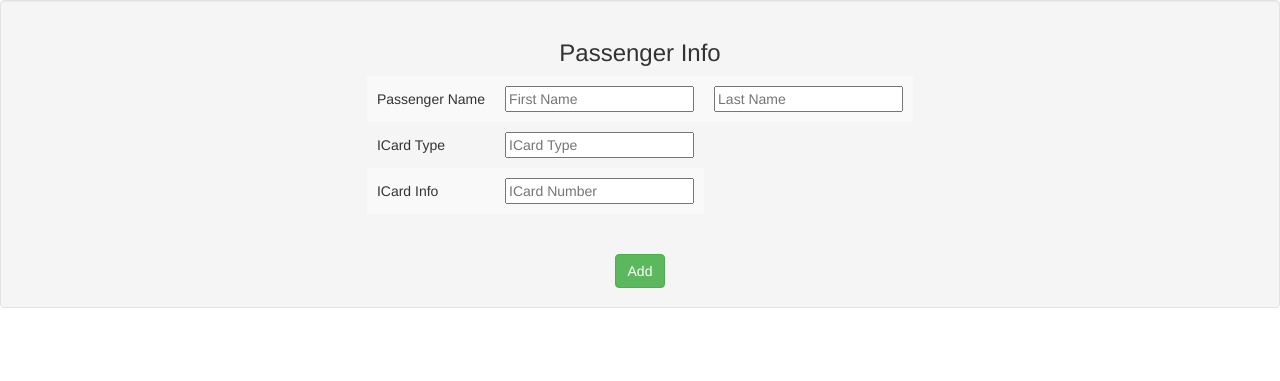
Repository: harshadrane89/CMPE273-WebService-AirlineManagement
Page: http://localhost/AirlineManagementSystemClient/TwitterGUI/PassengerInfo.jsp
An editor plug-in stored every save of this project. The page is shown before and after the next save, followed by the edit.
The browser window is 1280 px wide. The pictures show the whole page.
The page is served by Tomcat 9. Other server files are loaded and not shown.

Above is the page before, as saved 2013-12-07 08:58:32.

### 273_Project_Tomcat/AirlineManagementSystemClient/WebContent/TwitterGUI/PassengerInfo.jsp
<%@page import="com.airlinemgmt.beans.Reservation"%>
<%@page import="com.airlinemgmt.beans.Traveller"%>
<%@ page language="java" contentType="text/html; charset=US-ASCII"
	pageEncoding="US-ASCII"%>
<!DOCTYPE html PUBLIC "-//W3C//DTD HTML 4.01 Transitional//EN" "http://www.w3.org/TR/html4/loose.dtd">
<html>
<head>
<meta http-equiv="Content-Type" content="text/html; charset=US-ASCII">
<title></title>
<link href="css/bootstrap.min.css" rel="stylesheet" media="screen">
<link href="css/datepicker.css" rel="stylesheet">
<link href="css/prettify.css" rel="stylesheet">
</head>
<body>

	<form action="" method="get" class="well">
		<center>
			<h3>Passenger Info</h3>
			<table cellpadding="10px" cellspacing="10px" class="table-striped">
				<tr>
					<td>Passenger Name</td>
					<td><input type="text" placeholder="First Name" name="fName"></td>
					<td><input type="text" placeholder="Last Name" name="lName"></td>
				</tr>

				<tr>
					<td>ICard Type</td>
					<td><input type="text" placeholder="ICard Type" name="idType"></td>
				</tr>

				<tr>
					<td>ICard Info</td>
					<td><input type="text" placeholder="ICard Number" name="idNum"></td>
				</tr>

			</table>
			<br /> <br /> <input type="submit" class="btn btn-success"
				value="Add">


		</center>
	</form>

	<%
		if (session.getAttribute("myReservation") != null) {

			Reservation reservation = (Reservation) session
					.getAttribute("myReservation");
			Traveller[] traveller = reservation.getPassenger();
	%>
	<table class="table-striped">

		<thead>
			<tr>
				<td>Passenger Name</td>
				<td>ICard Type</td>
				<td>ICard Info</td>
			</tr>
		</thead>

		<%
			int i=0;
			for (Traveller obj : traveller) {
		%>
		<tr>
			<td><%=obj.getfName()%>&nbsp;<%=obj.getlName()%>&nbsp;</td>
			<td><%=obj.getNationality()%></td>
			<td><%=obj.getPassNum()%></td>
			<td><form action="" method="get">
			<input type="submit" value="Delete" class="btn btn-danger" name="<%=i %>">
			</form>
			</td>
		</tr>

		<%
			i++;
			}
		%>

	</table>
	<%
		}
	%>

	<a href="../TwitterGUI/TransactionInfo.jsp">
</body>
</html>

### 273_Project_Tomcat/AirlineManagementSystemClient/WebContent/css/datepicker.css
/*!
 * Datepicker for Bootstrap
 *
 * Copyright 2012 Stefan Petre
 * Licensed under the Apache License v2.0
 * http://www.apache.org/licenses/LICENSE-2.0
 *
 */
.datepicker {
  top: 0;
  left: 0;
  padding: 4px;
  margin-top: 1px;
  -webkit-border-radius: 4px;
  -moz-border-radius: 4px;
  border-radius: 4px;
  /*.dow {
    border-top: 1px solid #ddd !important;
  }*/

}
.datepicker:before {
  content: '';
  display: inline-block;
  border-left: 7px solid transparent;
  border-right: 7px solid transparent;
  border-bottom: 7px solid #ccc;
  border-bottom-color: rgba(0, 0, 0, 0.2);
  position: absolute;
  top: -7px;
  left: 6px;
}
.datepicker:after {
  content: '';
  display: inline-block;
  border-left: 6px solid transparent;
  border-right: 6px solid transparent;
  border-bottom: 6px solid #ffffff;
  position: absolute;
  top: -6px;
  left: 7px;
}
.datepicker > div {
  display: none;
}
.datepicker table {
  width: 100%;
  margin: 0;
}
.datepicker td,
.datepicker th {
  text-align: center;
  width: 20px;
  height: 20px;
  -webkit-border-radius: 4px;
  -moz-border-radius: 4px;
  border-radius: 4px;
}
.datepicker td.day:hover {
  background: #eeeeee;
  cursor: pointer;
}
.datepicker td.day.disabled {
  color: #eeeeee;
}
.datepicker td.old,
.datepicker td.new {
  color: #999999;
}
.datepicker td.active,
.datepicker td.active:hover {
  color: #ffffff;
  background-color: #006dcc;
  background-image: -moz-linear-gradient(top, #0088cc, #0044cc);
  background-image: -webkit-gradient(linear, 0 0, 0 100%, from(#0088cc), to(#0044cc));
  background-image: -webkit-linear-gradient(top, #0088cc, #0044cc);
  background-image: -o-linear-gradient(top, #0088cc, #0044cc);
  background-image: linear-gradient(to bottom, #0088cc, #0044cc);
  background-repeat: repeat-x;
  filter: progid:DXImageTransform.Microsoft.gradient(startColorstr='#ff0088cc', endColorstr='#ff0044cc', GradientType=0);
  border-color: #0044cc #0044cc #002a80;
  border-color: rgba(0, 0, 0, 0.1) rgba(0, 0, 0, 0.1) rgba(0, 0, 0, 0.25);
  *background-color: #0044cc;
  /* Darken IE7 buttons by default so they stand out more given they won't have borders */

  filter: progid:DXImageTransform.Microsoft.gradient(enabled = false);
  color: #fff;
  text-shadow: 0 -1px 0 rgba(0, 0, 0, 0.25);
}
.datepicker td.active:hover,
.datepicker td.active:hover:hover,
.datepicker td.active:focus,
.datepicker td.active:hover:focus,
.datepicker td.active:active,
.datepicker td.active:hover:active,
.datepicker td.active.active,
.datepicker td.active:hover.active,
.datepicker td.active.disabled,
.datepicker td.active:hover.disabled,
.datepicker td.active[disabled],
.datepicker td.active:hover[disabled] {
  color: #ffffff;
  background-color: #0044cc;
  *background-color: #003bb3;
}
.datepicker td.active:active,
.datepicker td.active:hover:active,
.datepicker td.active.active,
.datepicker td.active:hover.active {
  background-color: #003399 \9;
}
.datepicker td span {
  display: block;
  width: 47px;
  height: 54px;
  line-height: 54px;
  float: left;
  margin: 2px;
  cursor: pointer;
  -webkit-border-radius: 4px;
  -moz-border-radius: 4px;
  border-radius: 4px;
}
.datepicker td span:hover {
  background: #eeeeee;
}
.datepicker td span.active {
  color: #ffffff;
  background-color: #006dcc;
  background-image: -moz-linear-gradient(top, #0088cc, #0044cc);
  background-image: -webkit-gradient(linear, 0 0, 0 100%, from(#0088cc), to(#0044cc));
  background-image: -webkit-linear-gradient(top, #0088cc, #0044cc);
  background-image: -o-linear-gradient(top, #0088cc, #0044cc);
  background-image: linear-gradient(to bottom, #0088cc, #0044cc);
  background-repeat: repeat-x;
  filter: progid:DXImageTransform.Microsoft.gradient(startColorstr='#ff0088cc', endColorstr='#ff0044cc', GradientType=0);
  border-color: #0044cc #0044cc #002a80;
  border-color: rgba(0, 0, 0, 0.1) rgba(0, 0, 0, 0.1) rgba(0, 0, 0, 0.25);
  *background-color: #0044cc;
  /* Darken IE7 buttons by default so they stand out more given they won't have borders */

  filter: progid:DXImageTransform.Microsoft.gradient(enabled = false);
  color: #fff;
  text-shadow: 0 -1px 0 rgba(0, 0, 0, 0.25);
}
.datepicker td span.active:hover,
.datepicker td span.active:focus,
.datepicker td span.active:active,
.datepicker td span.active.active,
.datepicker td span.active.disabled,
.datepicker td span.active[disabled] {
  color: #ffffff;
  background-color: #0044cc;
  *background-color: #003bb3;
}
.datepicker td span.active:active,
.datepicker td span.active.active {
  background-color: #003399 \9;
}
.datepicker td span.old {
  color: #999999;
}
.datepicker th.switch {
  width: 145px;
}
.datepicker th.next,
.datepicker th.prev {
  font-size: 21px;
}
.datepicker thead tr:first-child th {
  cursor: pointer;
}
.datepicker thead tr:first-child th:hover {
  background: #eeeeee;
}
.input-append.date .add-on i,
.input-prepend.date .add-on i {
  display: block;
  cursor: pointer;
  width: 16px;
  height: 16px;
}

Loaded but not shown: 273_Project_Tomcat/AirlineManagementSystemClient/WebContent/css/bootstrap.min.css (library); 273_Project_Tomcat/AirlineManagementSystemClient/WebContent/css/prettify.css (common file)

After the next save:
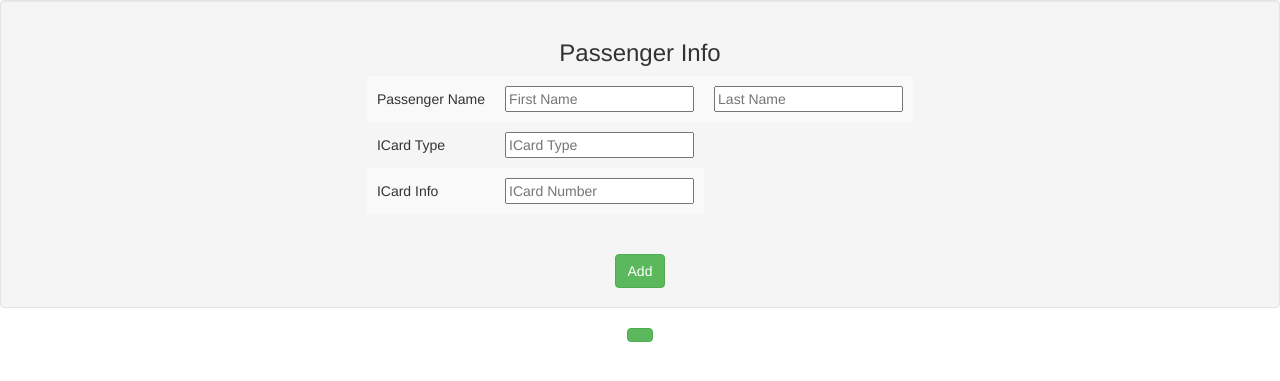
Saved 33 s later.
--- a/273_Project_Tomcat/AirlineManagementSystemClient/WebContent/TwitterGUI/PassengerInfo.jsp
+++ b/273_Project_Tomcat/AirlineManagementSystemClient/WebContent/TwitterGUI/PassengerInfo.jsp
@@ -81,7 +81,8 @@
 	<%
 		}
 	%>
-
-	<a href="../TwitterGUI/TransactionInfo.jsp">
+	<center>
+	<a href="../TwitterGUI/TransactionInfo.jsp" class="btn btn-success" ></a></center>
+	</center>
 </body>
 </html>
